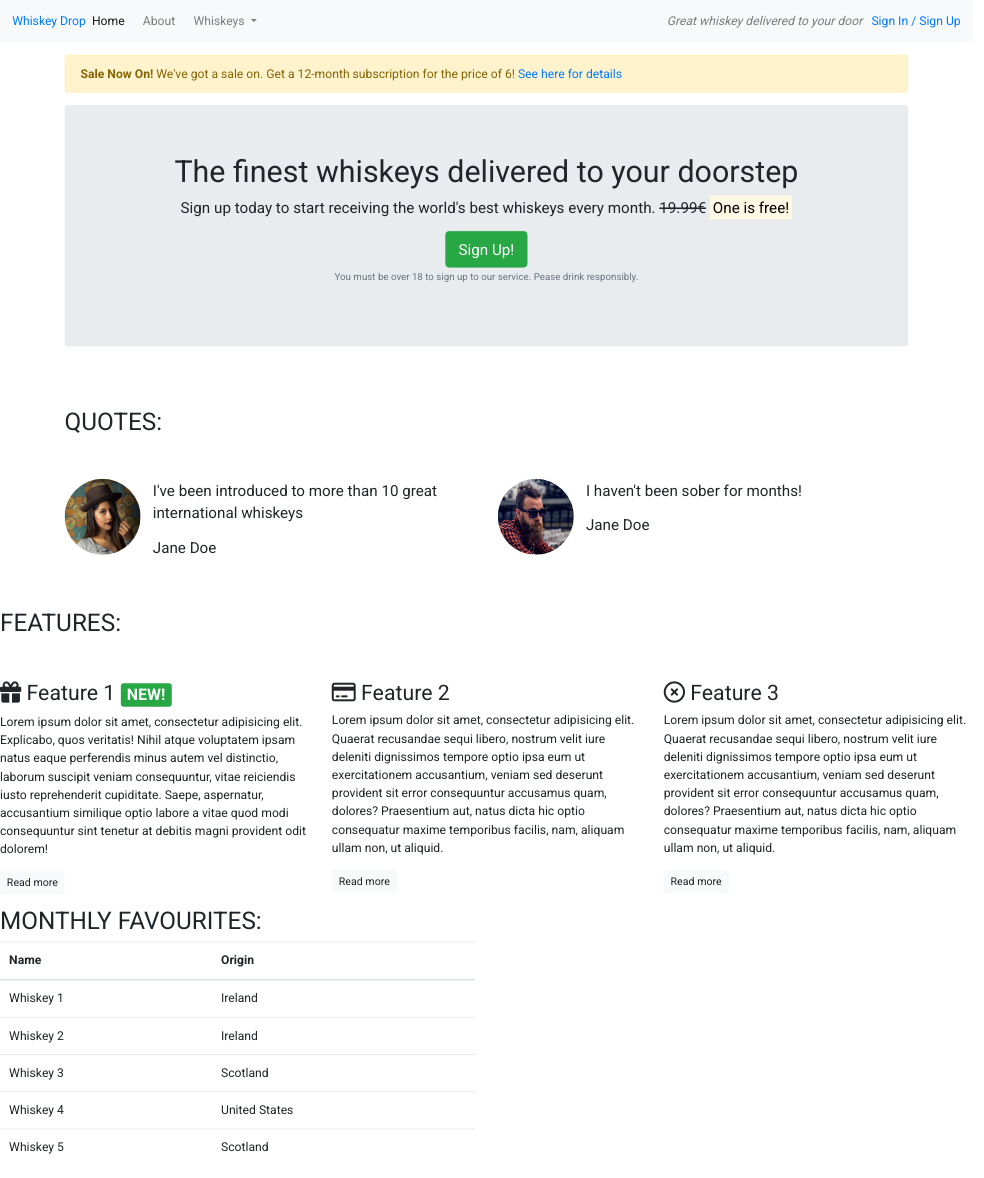
Repository: Sarani1612/whiskey-drop
Page: index.html
The author's editor kept a record of every edit. The page is drawn from the files as they stood at one moment, then again after the next edit.
The browser window is 1280 px wide. The page is 1295 px wide, then 1280 px, so the pictures cover 1295 px, including what lies to the right of the window. The pictures show the whole page, at 76% of full size.
Some web libraries are served in a nearby version.

Above is the page before.
Console error: TypeError: Cannot read properties of undefined (reading 'fn')

After the next edit:
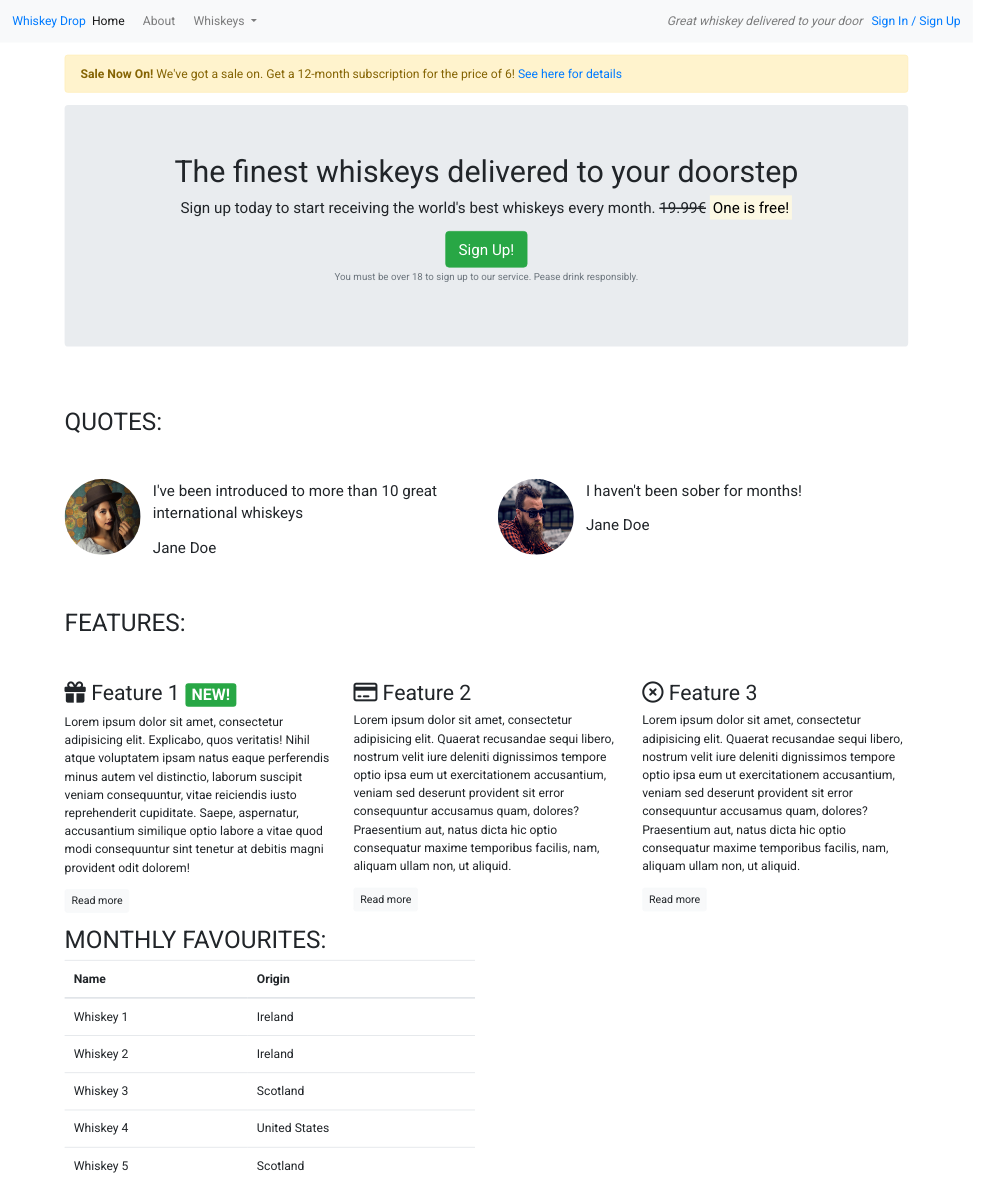
The edit:
--- a/index.html
+++ b/index.html
@@ -109,6 +109,7 @@
     </div>
 
     <!-- Features -->
+    <div class="container features-container">
     <section class="features">
         <div class="row">
             <div class="col-12 my-5">
